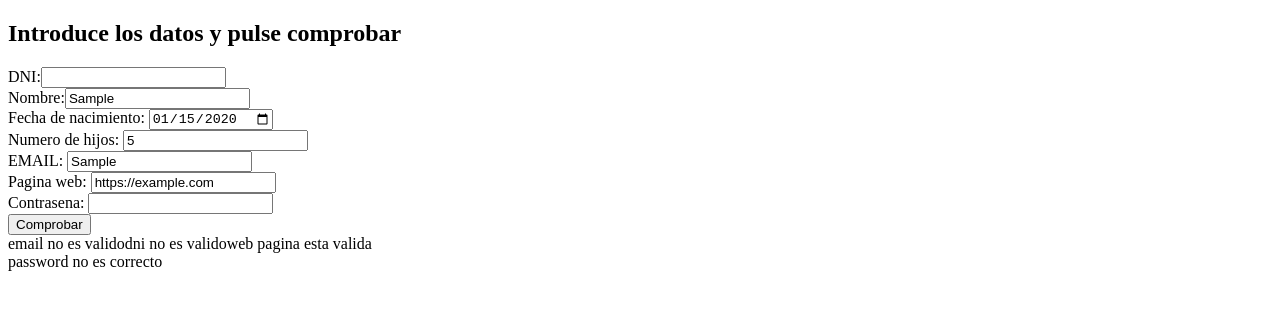
Repository: KoTvTrysaX01/2DAW-Desarrollo-WEB-en-Entorno-Cliente
Page: JAVASCRIPT/UD2/practica5/Actividad1/index.html
These files come from the project's save history. The page is drawn as it stood at one moment and after a run of saves; the edit follows.
The browser window is 1280 px wide. The pictures show the whole page.
Empty fields were first filled with sample values (such as "Sample", 5 or name@example.com).
After loading, the first visible `#registartionForm` was submitted once.

Above is the page before, as saved 2025-11-01 17:06:08.
Console error: TypeError: Cannot read properties of undefined (reading 'value')

### JAVASCRIPT/UD2/practica5/Actividad1/index.html
<!DOCTYPE html>
<html>
  <body>
    <h2>Introduce los datos y pulse comprobar</h2>
    <form id = "registartionForm" name="form1" method="post" action="" target=" _blank">
        DNI:<input id="dni" type="text" name="dni" ><br>
        Nombre:<input id="nombre" type="text" name="nombre" ><br>
        Fecha de nacimiento: <input id="fecha" type="date" name="fecha" ><br>
        Numero de hijos: <input type="number" name="hijos" id = "hijos" min = "0"><br>
        EMAIL: <input id = "email" type="text" name="email" ><br>
        Pagina web: <input type="url" name="web" id = "pagina" placeholder="http://www.ejemplo.com" required><br>
        Contrasena: <input type="text" name="contrasena" id = "password" ><br>
        <input type="submit" value = "Comprobar">
    </form>


    <div id="errorMessages"></div>
    <script src="script.js"></script>
  </body>
</html>

### JAVASCRIPT/UD2/practica5/Actividad1/script.js
let form = document.getElementById("registartionForm");
let emailInput = document.getElementById("email");
let error = document.getElementById("errorMessages");
let dni = document.getElementById("dni")
let passw = document.getElementById("password")
let web = document.getElementById("pagina")
let hijos = document.getElementById("hijos")
let nombreInput = document.getElementById("nombre")
let fecha = document.getElementById("fecha")
form.addEventListener("submit", (e) => {
  e.preventDefault();
  const emailForm = emailInput.value.trim();
  const password = passw.value.trim()
  function validEmail(emailForm) {
    return /^[a-z]*[@]{1}[a-z]*[\.]{1}[a-z]{2,3}$/g.test(emailForm);

  }
    function esValido(emailForm) {
      if (validEmail(emailForm)) {
        error.innerHTML = "email  e valido";
      } else {
        error.innerHTML = "email no es valido";
      }
    }
    esValido(emailForm);

    function validarDni(dni) {

      return /^[XYZ]?\d{5,8}[TRWAGMYFPDXBNJZSQVHLCKET]$/.test(dni)
    }
    function esValidoDni() {
      const valor = dni.value.trim();
      if (validarDni(valor)) {
        error.innerHTML += "dni es valido"
      } else {
        error.innerHTML += "dni no es valido"
        dni.value = ""
      }
    }
    esValidoDni()

    function validWeb(url) {
          return /^https?:\/\/(?:www\.)?[a-zA-Z0-9\-]+\.[a-zA-Z]{2,}(?:\/.*)?$/.test(url);
        }
    function esValidoWeb() {
      const urlvalid = web.value.trim()
      if(validWeb(urlvalid)) {
        error.innerHTML +="web pagina esta valida<br>"
      } else {
        error.innerHTML += "web pagina no esta valida<br>"
        web.value = " "

      }
    }
    esValidoWeb()

     function validarContrasena(passwor) {
      var p = passwor.length
      if(p <8 && p >10) {
        error.innerHTML += "password es correcto<br>"
      } else {
         error.innerHTML += "password  no es correcto<br>"
         passw.value = ""
      }
     }
     validarContrasena(password)

     function validHijos(hijos) {
      const valorHijos = Number(hijos.value)
      if(isNaN(valorHijos) || valorHijos < 0 || valorHijos > 10) {
        error.innerHTML += "numero de hijos no esta correcto<br>"
         hijos.value = ""

      } else {
         error.innerHTML += "numero de hijos esta correcto<br>"

      }
     }
     validHijos()
    const nom = nombreInput.value.trim()
     function validNombre(nombres) {
      return /^[a-zA-ZáéíóúÁÉÍÓÚñÑ]{2,40}( [a-zA-ZáéíóúÁÉÍÓÚñÑ]{2,40}){1,3}$/.test(nombres)
     }
     function isvalidNombre(nombres){
      if(validNombre(nombres)) {
         error.innerHTML += "nombre esta correcto<br>"
      } else {
         error.innerHTML += "nombre no esta correcto<br>"
         nombreInput.value = ""
      }
      }
     isvalidNombre(nom)

     const fechaValor = fecha.value.trim();

     function validFecha(fecha) {
          return /^(19|20)\d{2}-(0[1-9]|1[0-2])-(0[1-9]|[12]\d|3[01])$/.test(fecha)
     }
     function esValidFecha(fecha) {
      if (validFecha(fecha)) {
         error.innerHTML += "fecha esta correcto<br>"
      } else {
         error.innerHTML += "fecha no esta correcto<br>"
         fecha.value= ""
      }
     }
     console.log(fechaValor)

     esValidFecha(fechaValor)


});

After the next 2 saves:
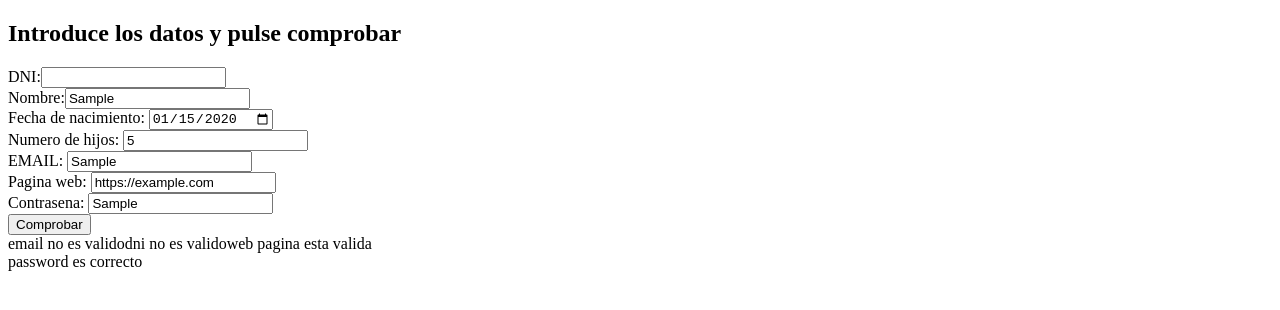
The 2 saves are shown as one change because they came seconds apart.
The last was saved 65 s later.
--- a/JAVASCRIPT/UD2/practica5/Actividad1/script.js
+++ b/JAVASCRIPT/UD2/practica5/Actividad1/script.js
@@ -56,7 +56,7 @@ form.addEventListener("submit", (e) => {
 
      function validarContrasena(passwor) {
       var p = passwor.length
-      if(p <8 && p >10) {
+      if(p <8 || p >10) {
         error.innerHTML += "password es correcto<br>"
       } else {
          error.innerHTML += "password  no es correcto<br>"
